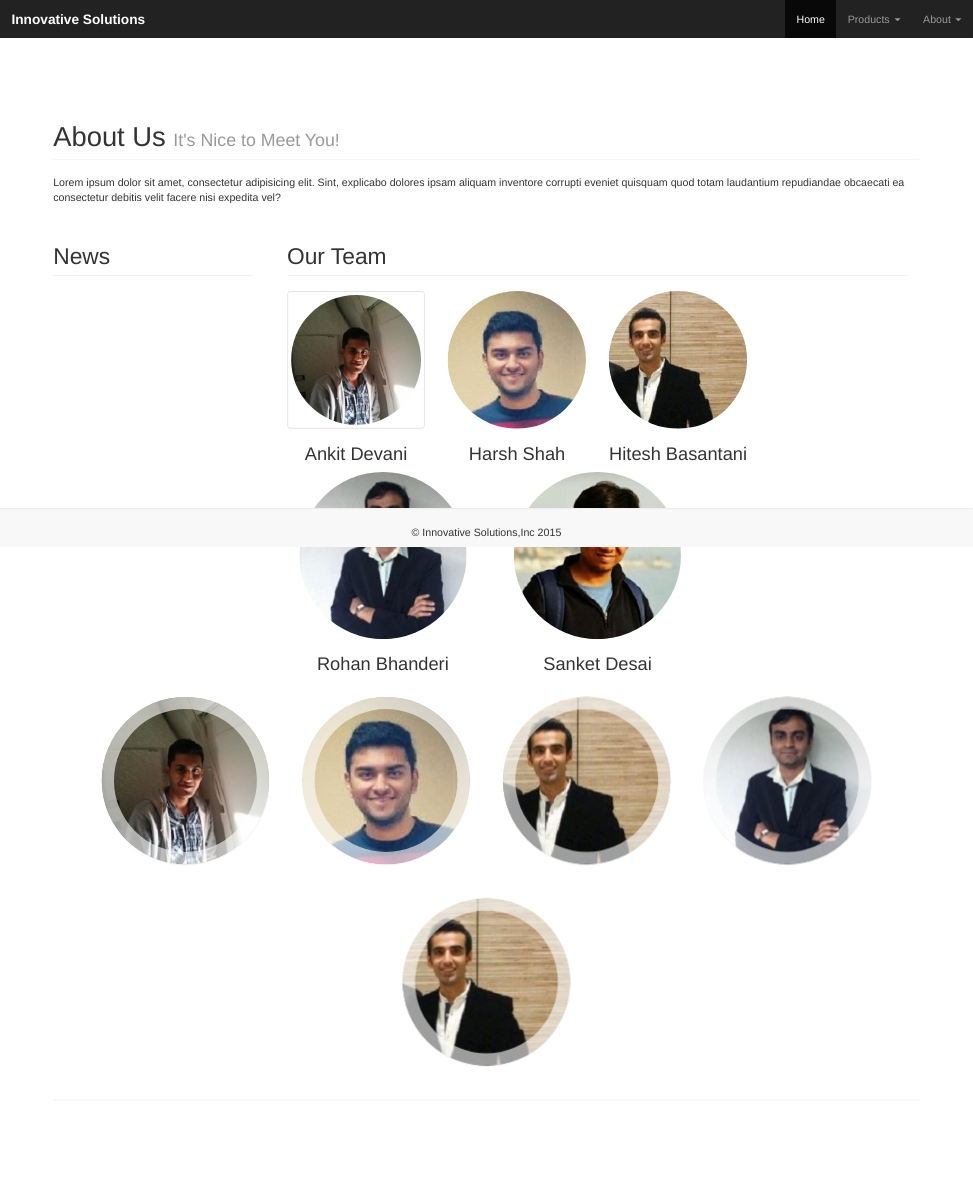
Repository: snketdesai/CMPE-280
Page: team.html
The author's editor kept a record of every edit. The page is drawn from the files as they stood at one moment, then again after the next edit.
The browser window is 1280 px wide. The pictures show the whole page, at 76% of full size.
Some web libraries are served in a nearby version.

Above is the page before.

### team.html
<!DOCTYPE html>
<html>
        <head>
                <title>Home</title>
                <meta name="viewport" content="width=device-width, initial-scale=1.0">
                <link href = "../css/bootstrap.min.css" rel = "stylesheet">
                <link href="../css/dashboard.css" rel="stylesheet">
				 <link href="../css/sticky-footer-navbar.css" rel="stylesheet">
               <link rel="stylesheet" type="text/css" href="../css/overlay.css" />


        </head>
        <body>

                <header class = "navbar navbar-inverse navbar-fixed-top">
                        <div class = "container-fluid">


                                <a href = "#" class = "navbar-brand"><strong>Innovative Solutions</strong></a>

                                <button class = "navbar-toggle" data-toggle = "collapse" data-target = ".navHeaderCollapse">
                                        <span class = "icon-bar"></span>
                                        <span class = "icon-bar"></span>
                                        <span class = "icon-bar"></span>
                                </button>

                                <div class = "collapse navbar-collapse navHeaderCollapse">

                                        <ul class = "nav navbar-nav navbar-right">

                                                <li class = "active"><a href = "#">Home</a></li>
                                                <li class = "dropdown">

                                                        <a href = "#" class = "dropdown-toggle" data-toggle = "dropdown">Products <b class = "caret"></b></a>
                                                        <ul class = "dropdown-menu">
                                                                <li><a href = "mobile.html">Mobile</a></li>
                                                                <li><a href = "bigdata.html">Big Data</a></li>
                                                                <li><a href = "iot.html">IOE/IOT</a></li>
                                                        </ul>

                                                </li>

                                                    <li class = "dropdown">

                                                        <a href = "#" class = "dropdown-toggle" data-toggle = "dropdown">About <b class = "caret"></b></a>
                                                        <ul class = "dropdown-menu">
                                                                <li><a href = "team.html">Management</a></li>
                                                                <li><a href = "https://www.facebook.com/cabusinesstrends">Code of Conduct</a></li>
                                                                <li><a href = "https://www.facebook.com/cabusinesstrends">Business Process</a></li>
                                                                <li><a href = "https://www.facebook.com/cabusinesstrends">Locations</a></li>
                                                                <li><a href = "https://www.facebook.com/cabusinesstrends">Contacts</a></li>
                                                        </ul>

                                                </li>
                                              </li>



                                        </ul>

                                </div>

                        </div>
                </header>
            <!-- Page Content -->
    <div class="container">

        <!-- Introduction Row -->
        <div class="row">
            <div class="col-lg-12">
                <h1 class="page-header">About Us
                    <small>It's Nice to Meet You!</small>
                </h1>
                <p>Lorem ipsum dolor sit amet, consectetur adipisicing elit. Sint, explicabo dolores ipsam aliquam inventore corrupti eveniet quisquam quod totam laudantium repudiandae obcaecati ea consectetur debitis velit facere nisi expedita vel?</p>
            </div>
        </div>

        <!-- Team Members Row -->
        <div class="row">
            <div class="col-lg-3">
                <h2 class="page-header">News</h2>
            </div>
        <div class="col-lg-9">
            <div class="col-lg-12">
                <h2 class="page-header">Our Team</h2>
            </div>
            <div class="col-lg-3 col-sm-6 text-center">
                <div class="thumbnail">
                    <div class="caption img-circle  img-responsive img-center">
                        <h4>Ankit Devani</h4>
                        <p>short thumbnail description</p>
                        <p><a href="" class="label label-danger" rel="tooltip" title="Zoom">Zoom</a>
                        <a href="" class="label label-default" rel="tooltip" title="Download now">Download</a></p>
                    </div>
                    <img class="img-circle img-responsive img-center" src="../img/ankit.jpg" alt="Ankit">
                </div>
                <h3>Ankit Devani
                     <!-- <small>Job Title</small> -->
                </h3>
               <!-- <p>What does this team member to? Keep it short! This is also a great spot for social links!</p> -->
            </div>
            <div class="col-lg-3 col-sm-6 text-center">
                <img class="img-circle img-responsive img-center" src="../img/harsh.jpg" alt="Harsh">
                <h3>Harsh Shah
                     <!-- <small>Job Title</small> -->
                </h3>
                <!-- <p>What does this team member to? Keep it short! This is also a great spot for social links!</p> -->
            </div>
            <div class="col-lg-3 col-sm-6 text-center">
                <img class="img-circle img-responsive img-center" src="../img/hitesh.jpg" alt="Hitesh">
                <h3>Hitesh Basantani
                    <!-- <small>Job Title</small> -->
                </h3>
                <!-- <p>What does this team member to? Keep it short! This is also a great spot for social links!</p> -->
            </div>
            <div class="col-lg-4 col-sm-6 text-center">
                <img class="img-circle img-responsive img-center" src="../img/rohan.jpg" alt="Rohan">
                <h3>Rohan Bhanderi
                     <!-- <small>Job Title</small> -->
                </h3>
                <!-- <p>What does this team member to? Keep it short! This is also a great spot for social links!</p> -->
            </div>
            <div class="col-lg-4 col-sm-6 text-center">
                <img class="img-circle img-responsive img-center" src="../img/sanket.jpg" alt="Sanket">
                <h3>Sanket Desai
                    <!-- <small>Job Title</small> -->
                </h3>
               <!-- <p>What does this team member to? Keep it short! This is also a great spot for social links!</p> -->
            </div>
        </div>
        <!--------------    --------------------------->
        <ul class="ch-grid">
					<li>
						<div class="ch-item ch-img-1">
							<div class="ch-info">
								<h3>Brainiac</h3>
								<p>by Daniel Nyari <a href="http://drbl.in/eODP">View on Dribbble</a></p>
							</div>
						</div>
					</li>
					<li>
						<div class="ch-item ch-img-2">
							<div class="ch-info">
								<h3>Vision</h3>
								<p>by Daniel Nyari <a href="http://drbl.in/eNXW">View on Dribbble</a></p>
							</div>
						</div>
					</li>
					<li>
						<div class="ch-item ch-img-3">
							<div class="ch-info">
								<h3>Cylon</h3>
								<p>by Daniel Nyari <a href="http://drbl.in/eNXY">View on Dribbble</a></p>
							</div>
						</div>
					</li>
					<li>
						<div class="ch-item ch-img-4">
							<div class="ch-info">
								<h3>Vision</h3>
								<p>by Daniel Nyari <a href="http://drbl.in/eNXW">View on Dribbble</a></p>
							</div>
						</div>
					</li>
					<li>
						<div class="ch-item ch-img-3">
							<div class="ch-info">
								<h3>Cylon</h3>
								<p>by Daniel Nyari <a href="http://drbl.in/eNXY">View on Dribbble</a></p>
							</div>
						</div>
					</li>
				</ul>

    </div>

        <hr>

                <div class = "navbar navbar-default navbar-fixed-bottom">

                        <footer class = "container">
                       			</br>
                            <p align="center">&copy; Innovative Solutions,Inc 2015
                            </p>

                        </footer>

                </div>

                <script src = "https://ajax.googleapis.com/ajax/libs/jquery/1.10.2/jquery.min.js"></script>
                <script src = "../js/bootstrap.js"></script>

        </body>
</html>
<script type="text/javascript">
    $("[rel='tooltip']").tooltip();

    $('.thumbnail').hover(
        function(){
            $(this).find('.caption').slideDown(250);  //.fadeIn(250)
        },
        function(){
            $(this).find('.caption').slideUp(250);  //.fadeOut(205)
        }
    );
</script>

### css/dashboard.css
/*
 * Base structure
 */

/* Move down content because we have a fixed navbar that is 50px tall */
body {
  padding-top: 50px;
}


/*
 * Global add-ons
 */

.sub-header {
  padding-bottom: 10px;
  border-bottom: 1px solid #eee;
}

/*
 * Top navigation
 * Hide default border to remove 1px line.
 */
.navbar-fixed-top {
  border: 0;
}

/*
 * Sidebar
 */

/* Hide for mobile, show later */
.sidebar {
  display: none;
}
@media (min-width: 768px) {
  .sidebar {
    position: fixed;
    top: 20px;
    bottom: 0;
    left: 0;
    z-index: 1000;
    display: block;
    padding: 20px;
    overflow-x: hidden;
    overflow-y: auto; /* Scrollable contents if viewport is shorter than content. */
    background-color: #f5f5f5;
    border-right: 1px solid #eee;
  }
.sidebar1 {

    right: 0px;
    width: 220px;
    position: fixed;
    top: 20px;
    bottom: 0;
    z-index: 1000;
    display: block;
    padding: 20px;
    overflow-x: hidden;
    overflow-y: auto; /* Scrollable contents if viewport is shorter than content. */
    background-color: #f5f5f5;
    border-right: 1px solid #eee;
  }
}

/* Sidebar navigation */
.nav-sidebar {
  margin-right: -21px; /* 20px padding + 1px border */
  margin-bottom: 20px;
  margin-left: -20px;
}
.nav-sidebar > li > a {
  padding-right: 20px;
  padding-left: 20px;
}
.nav-sidebar > .active > a,
.nav-sidebar > .active > a:hover,
.nav-sidebar > .active > a:focus,
.nav-sidebar > .active > h4 {
  color: #fff;
  background-color: #428bca;
  height: 30px;
}


/*
 * Main content
 */

.main {
  padding: 20px;
}
@media (min-width: 768px) {
  .main {
    padding-right: 40px;
    padding-left: 40px;
  }
}
.main .page-header {
  margin-top: 0;
}


/*
 * Placeholder dashboard ideas
 */

.placeholders {
  margin-bottom: 30px;
  text-align: center;
}
.placeholders h4 {
  margin-bottom: 0;
}
.placeholder {
  margin-bottom: 20px;
}
.placeholder img {
  display: inline-block;
  border-radius: 50%;
}
.img-center {
	margin: 0 auto;
}
body {
    padding-bottom: 40px;
    padding-top: 60px;
}

.sidebar-nav-fixed {
	width:20%;
}
.review-name{
	left: 60px;
	position: relative;
	font-size: small;
}

.caption {
    position:absolute;
    top:0;
    right:0;
    background:rgba(66, 139, 202, 0.75);
    width:100%;
    height:100%;

    display: none;
    text-align:center;
    color:#fff !important;
    z-index:2;
}

### css/sticky-footer-navbar.css
/* Sticky footer styles
-------------------------------------------------- */
html {
  position: relative;
  min-height: 100%;
}
body {
  /* Margin bottom by footer height */
  margin-bottom: 60px;
}
#footer {
  position: absolute;
  bottom: 0;
  width: 100%;
  /* Set the fixed height of the footer here */
  height: 60px;
  background-color: #f5f5f5;
}


/* Custom page CSS
-------------------------------------------------- */
/* Not required for template or sticky footer method. */

body > .container {
  padding: 60px 15px 0;
}
.container .text-muted {
  margin: 20px 0;
}

#footer > .container {
  padding-right: 15px;
  padding-left: 15px;
}

code {
  font-size: 80%;
}

### css/overlay.css
.ch-grid {
	margin: 20px 0 0 0;
	padding: 0;
	list-style: none;
	display: block;
	text-align: center;
	width: 100%;
}

.ch-grid:after,
.ch-item:before {
	content: '';
    display: table;
}

.ch-grid:after {
	clear: both;
}

.ch-grid li {
	width: 220px;
	height: 220px;
	display: inline-block;
	margin: 20px;
}

.ch-item {
	width: 100%;
	height: 100%;
	border-radius: 50%;
	position: relative;
	cursor: default;
	box-shadow:
		inset 0 0 0 0 rgba(200,95,66, 0.4),
		inset 0 0 0 16px rgba(255,255,255,0.6),
		0 1px 2px rgba(0,0,0,0.1);

	-webkit-transition: all 0.4s ease-in-out;
	-moz-transition: all 0.4s ease-in-out;
	-o-transition: all 0.4s ease-in-out;
	-ms-transition: all 0.4s ease-in-out;
	transition: all 0.4s ease-in-out;
}

.ch-img-1 {
	background-image: url(../img/ankit.jpg);
}

.ch-img-2 {
	background-image: url(../img/harsh.jpg);
}

.ch-img-3 {
	background-image: url(../img/hitesh.jpg);
}

.ch-img-4 {
	background-image: url(../img/rohan.jpg);
}

.ch-img-5 {
	background-image: url(../img/sanket.jpg);
}

.ch-info {
	position: absolute;
	width: 100%;
	height: 100%;
	border-radius: 50%;
	opacity: 0;

	-webkit-transition: all 0.4s ease-in-out;
	-moz-transition: all 0.4s ease-in-out;
	-o-transition: all 0.4s ease-in-out;
	-ms-transition: all 0.4s ease-in-out;
	transition: all 0.4s ease-in-out;

	-webkit-transform: scale(0);
	-moz-transform: scale(0);
	-o-transform: scale(0);
	-ms-transform: scale(0);
	transform: scale(0);

	-webkit-backface-visibility: hidden; /*for a smooth font */

}

.ch-info h3 {
	color: #fff;
	text-transform: uppercase;
	position: relative;
	letter-spacing: 2px;
	font-size: 22px;
	margin: 0 30px;
	padding: 65px 0 0 0;
	height: 110px;
	font-family: 'Open Sans', Arial, sans-serif;
	text-shadow:
		0 0 1px #fff,
		0 1px 2px rgba(0,0,0,0.3);
}

.ch-info p {
	color: #fff;
	padding: 10px 5px;
	font-style: italic;
	margin: 0 30px;
	font-size: 12px;
	border-top: 1px solid rgba(255,255,255,0.5);
}

.ch-info p a {
	display: block;
	color: #fff;
	color: rgba(255,255,255,0.7);
	font-style: normal;
	font-weight: 700;
	text-transform: uppercase;
	font-size: 9px;
	letter-spacing: 1px;
	padding-top: 4px;
	font-family: 'Open Sans', Arial, sans-serif;
}

.ch-info p a:hover {
	color: #fff222;
	color: rgba(255,242,34, 0.8);
}

.ch-item:hover {
	box-shadow:
		inset 0 0 0 110px rgba(200,95,66, 0.4),
		inset 0 0 0 16px rgba(255,255,255,0.8),
		0 1px 2px rgba(0,0,0,0.1);
}

.ch-item:hover .ch-info {
	opacity: 1;

	-webkit-transform: scale(1);
	-moz-transform: scale(1);
	-o-transform: scale(1);
	-ms-transform: scale(1);
	transform: scale(1);
}

Loaded but not shown: css/bootstrap.min.css (library); js/bootstrap.js (library)

After the next edit:
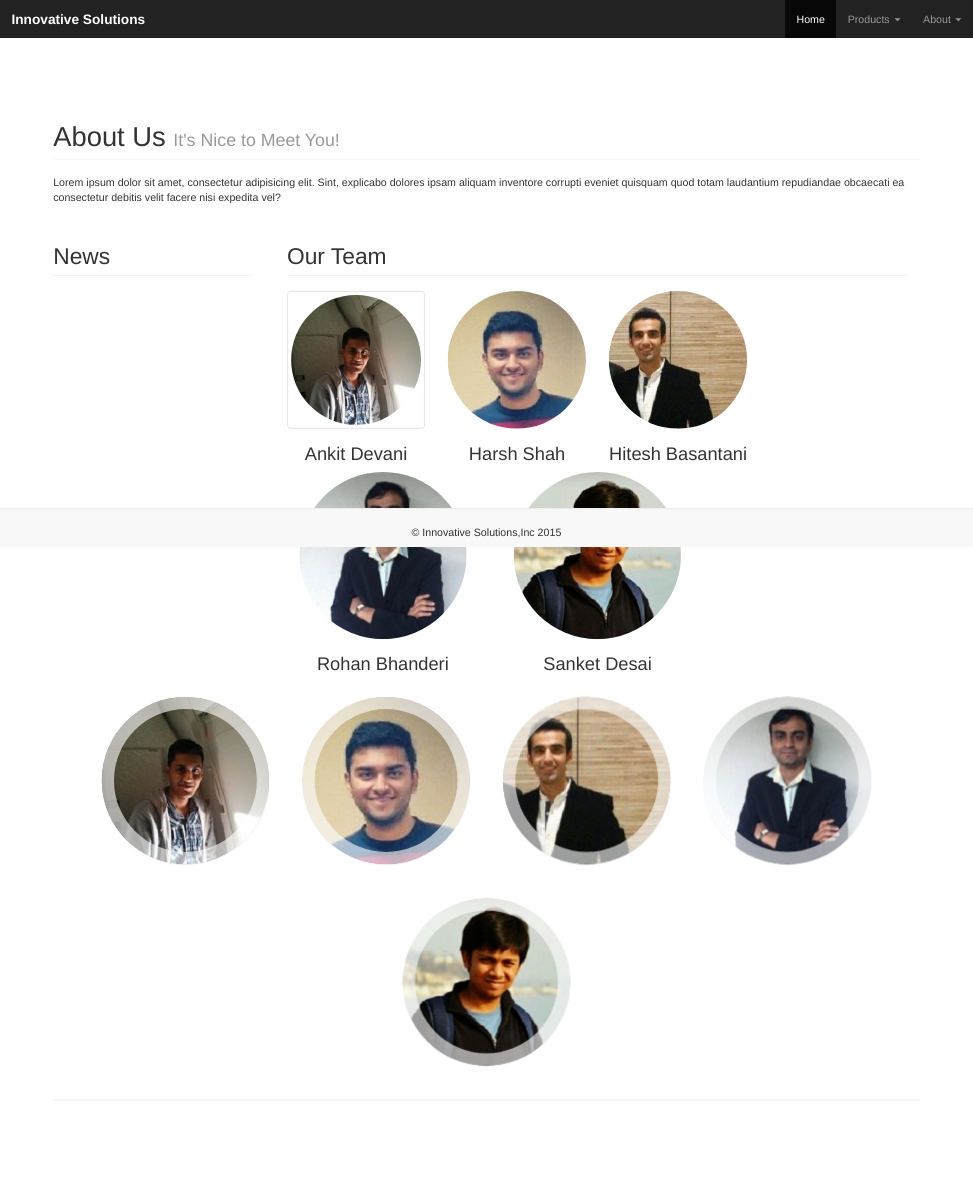
The edit:
--- a/team.html
+++ b/team.html
@@ -163,7 +163,7 @@
 						</div>
 					</li>
 					<li>
-						<div class="ch-item ch-img-3">
+						<div class="ch-item ch-img-5">
 							<div class="ch-info">
 								<h3>Cylon</h3>
 								<p>by Daniel Nyari <a href="http://drbl.in/eNXY">View on Dribbble</a></p>
